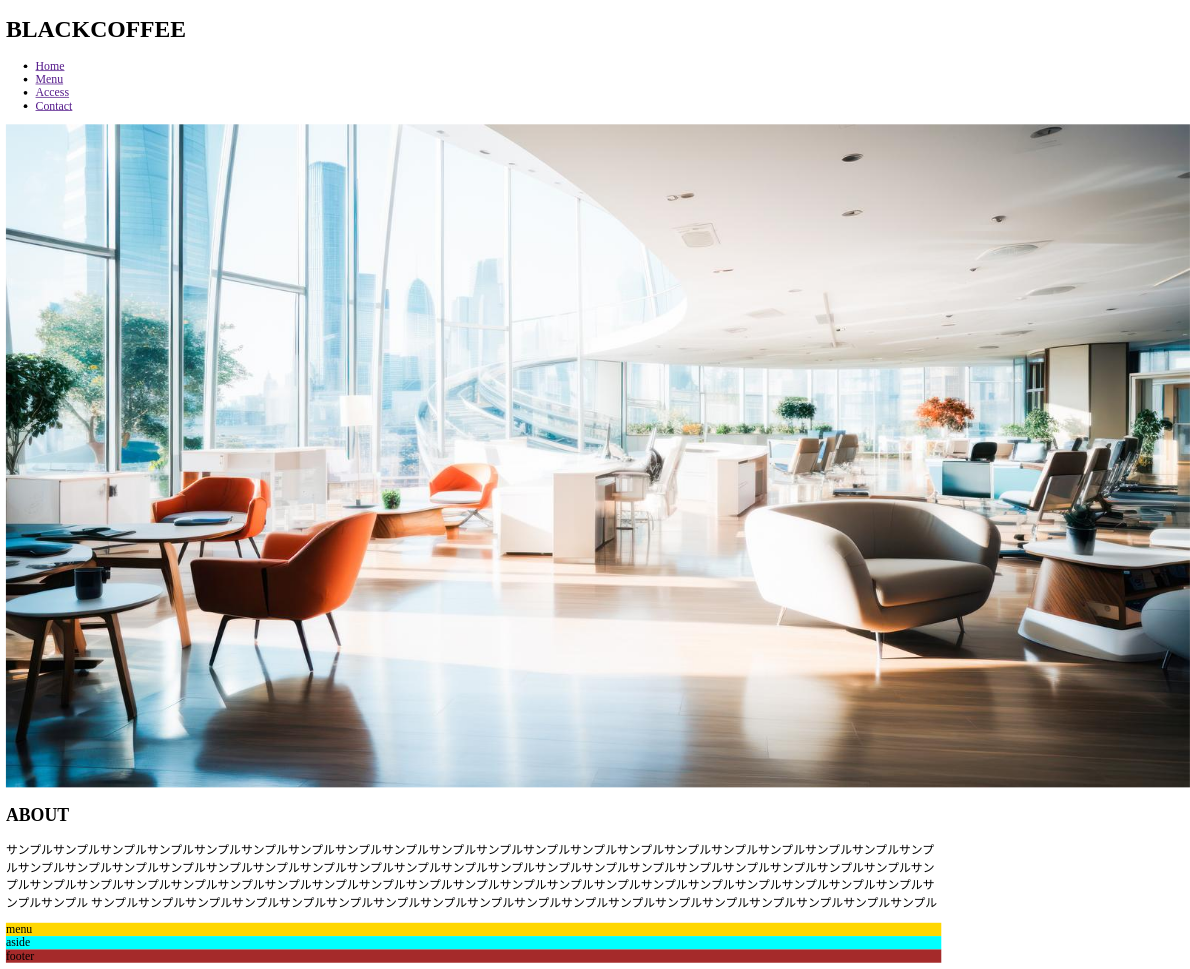
Repository: elle821208/Ayakomi-Cafe
Page: index.html
The author's editor kept a copy of each file at every save. The page is drawn from the files as they stood at one save, then again after a run of saves.
The browser window is 1280 px wide. The page is 1608 px wide, so the pictures cover 1608 px, including what lies to the right of the window. The pictures show the whole page, at 74% of full size.

Above is the page before, as saved 2025-02-28 07:32:32.

### index.html
<!DOCTYPE html>
<html lang="ja">
    <head>
        <meta charset="UTF-8">
        <meta name="viewport" content="width=device-width, initial-scale=1.0">
        <title>BLACKCOFFEE</title>
        <link rel="stylesheet" href="assets/css/common.css">
        <link rel="stylesheet" href="assets/css/index.css">
    </head>
    <body>
        <!--https://www.youtube.com/watch?v=D6aeJTnGvHo-->
        <!--HTMLCSS基礎プラス実践で使える技術盛込みパワーアップ2024-->
        <!--https://www.pakutaso.com/20230807241post-48316.html-->
        <!--ぱくたそ-->
        <!--https://icooon-mono.com/-->
        <!--アイコン-->
        <!--22:00～-->
        <header>
            <div class="container">
                <h1>BLACKCOFFEE</h1>
                <nav>
                    <ul>
                        <li><a href="">Home</a></li>
                        <li><a href="">Menu</a></li>
                        <li><a href="">Access</a></li>
                        <li><a href="">Contact</a></li>
                    </ul>
                </nav>

            </div>

        </header>

        <main>
            <section class="hero">
                <img src="assets/images/top.jpg" alt="ブラックコーヒーの飲食スペース">
                <div class="container">

                </div>

            </section>

            <section class="about">
                <div class="container">
                    <h2>ABOUT</h2>
                    <p>サンプルサンプルサンプルサンプルサンプルサンプルサンプルサンプルサンプルサンプルサンプルサンプルサンプルサンプルサンプルサンプルサンプルサンプルサンプルサンプルサンプルサンプルサンプルサンプルサンプルサンプルサンプルサンプルサンプルサンプルサンプルサンプルサンプルサンプルサンプルサンプルサンプルサンプルサンプルサンプルサンプルサンプルサンプルサンプルサンプルサンプルサンプルサンプルサンプルサンプルサンプルサンプルサンプルサンプルサンプルサンプルサンプルサンプルサンプルサンプルサンプル
                        サンプルサンプルサンプルサンプルサンプルサンプルサンプルサンプルサンプルサンプルサンプルサンプルサンプルサンプルサンプルサンプルサンプルサンプル</p>

                </div>

            </section>

            <section class="menu" style="background-color:gold ;">
                menu
                <div class="container">

                </div>

            </section>

        </main>

        <aside style="background-color: aqua;">
            aside
            <div class="container">

            </div>

        </aside>

        <footer style="background-color: brown;">
            footer
            <div class="container">

            </div>

        </footer>

    </body>
</html>

Loaded but not shown: assets/css/index.css (common file); assets/css/common.css (no copy from this time; the picture is the same without it)

After the next 4 saves:
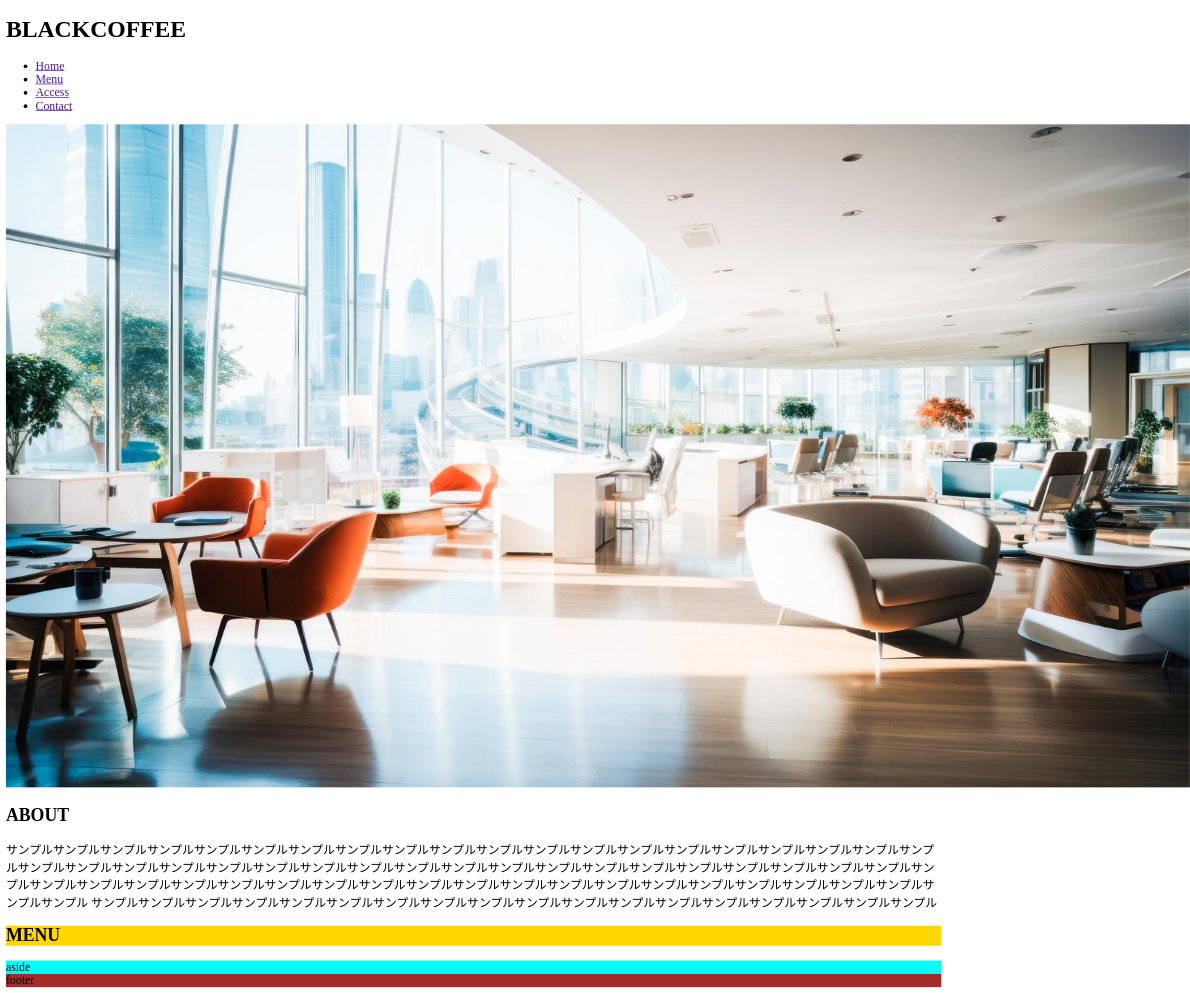
The 4 saves are shown as one change because they came seconds apart.
The last was saved 67 s later.
--- a/index.html
+++ b/index.html
@@ -51,7 +51,7 @@
             </section>
 
             <section class="menu" style="background-color:gold ;">
-                menu
+                <h2>MENU</h2>
                 <div class="container">
 
                 </div>
